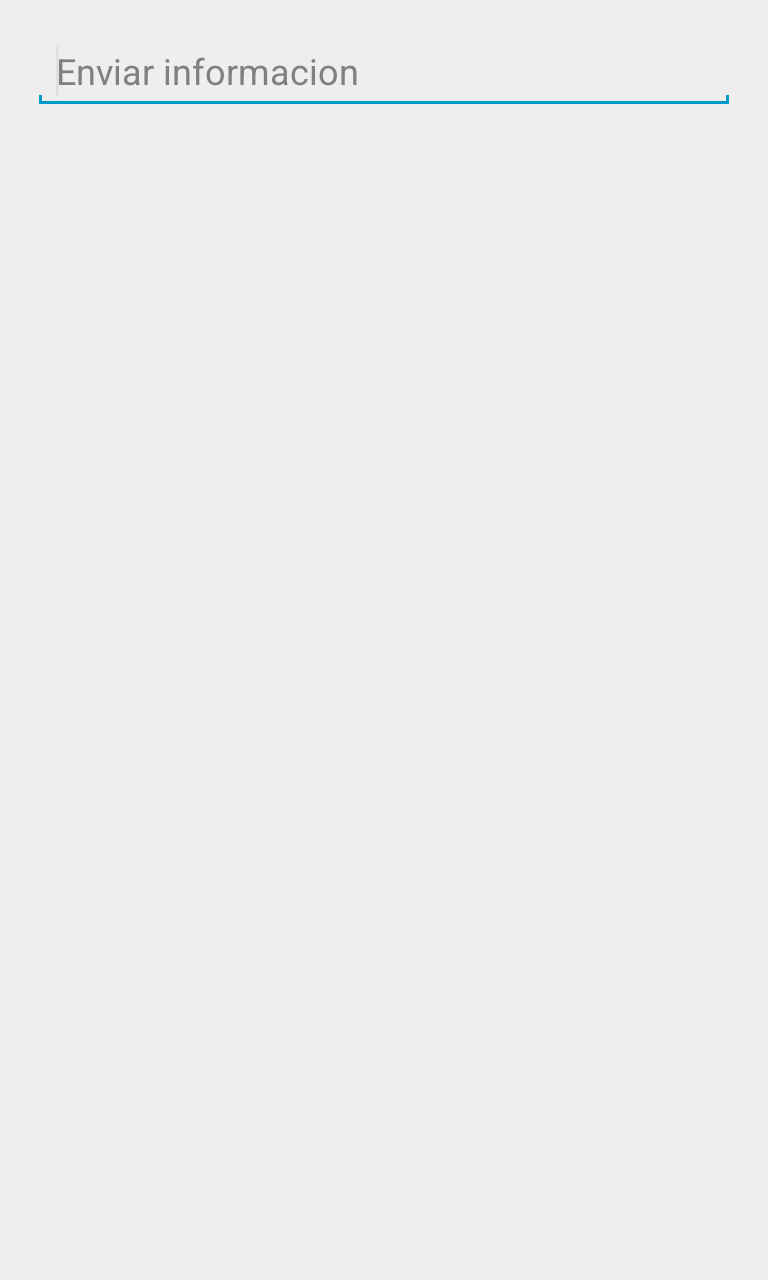
Repository: G3rcar/Android-I
Layout: Clase05IMEKeys/res/layout/activity_main.xml
The author's editor kept a copy of each file at every save. The layout is drawn from the files as they stood at one save, then again after the next save.
It is drawn on a 768 x 1280 px phone screen (xhdpi) without system bars, with theme AppTheme; the app's code is not run.

Above is the layout before, as saved 2013-11-01 13:38:31.

### Clase05IMEKeys/res/layout/activity_main.xml
<LinearLayout xmlns:android="http://schemas.android.com/apk/res/android"
    xmlns:tools="http://schemas.android.com/tools"
    android:id="@+id/LinearLayout1"
    android:layout_width="match_parent"
    android:layout_height="match_parent"
    android:background="#EEEEEE"
    android:orientation="vertical"
    android:paddingBottom="@dimen/activity_vertical_margin"
    android:paddingLeft="@dimen/activity_horizontal_margin"
    android:paddingRight="@dimen/activity_horizontal_margin"
    android:paddingTop="@dimen/activity_vertical_margin"
    tools:context=".MainActivity" >

    <LinearLayout
        android:id="@+id/lyoMainLayout"
        android:layout_width="match_parent"
        android:layout_height="wrap_content"
        android:orientation="vertical" >

        <EditText
            android:id="@+id/edtSend"
            android:layout_width="match_parent"
            android:layout_height="wrap_content"
            android:ems="10"
            android:hint="@string/hintEnviarInfo"
            android:imeOptions="actionSend"
            android:inputType="text"
            android:maxLength="2" >

            <requestFocus />
        </EditText>

        <TextView
            android:id="@+id/textPush"
            android:layout_width="wrap_content"
            android:layout_height="wrap_content"
            android:textSize="20sp" />
    </LinearLayout>

</LinearLayout>

### Clase05IMEKeys/res/values/strings.xml
<?xml version="1.0" encoding="utf-8"?>
<resources>

    <string name="app_name">Clase05 IME keys</string>
    <string name="action_settings">Settings</string>
    <string name="hello_world">Hello world!</string>
    <string name="hintEnviarInfo">Enviar informacion</string>
    <string name="title_activity_second">SecondActivity</string>
    <string name="btnPush">Enviar</string>
    <string name="btnEliminar">Eliminar</string>

</resources>

Loaded but not shown: Clase05IMEKeys/res/values/styles.xml (common file); Clase05IMEKeys/res/values-v11/styles.xml (common file); Clase05IMEKeys/res/values-v14/styles.xml (common file); Clase05IMEKeys/res/values/dimens.xml (common file)

After the next save:
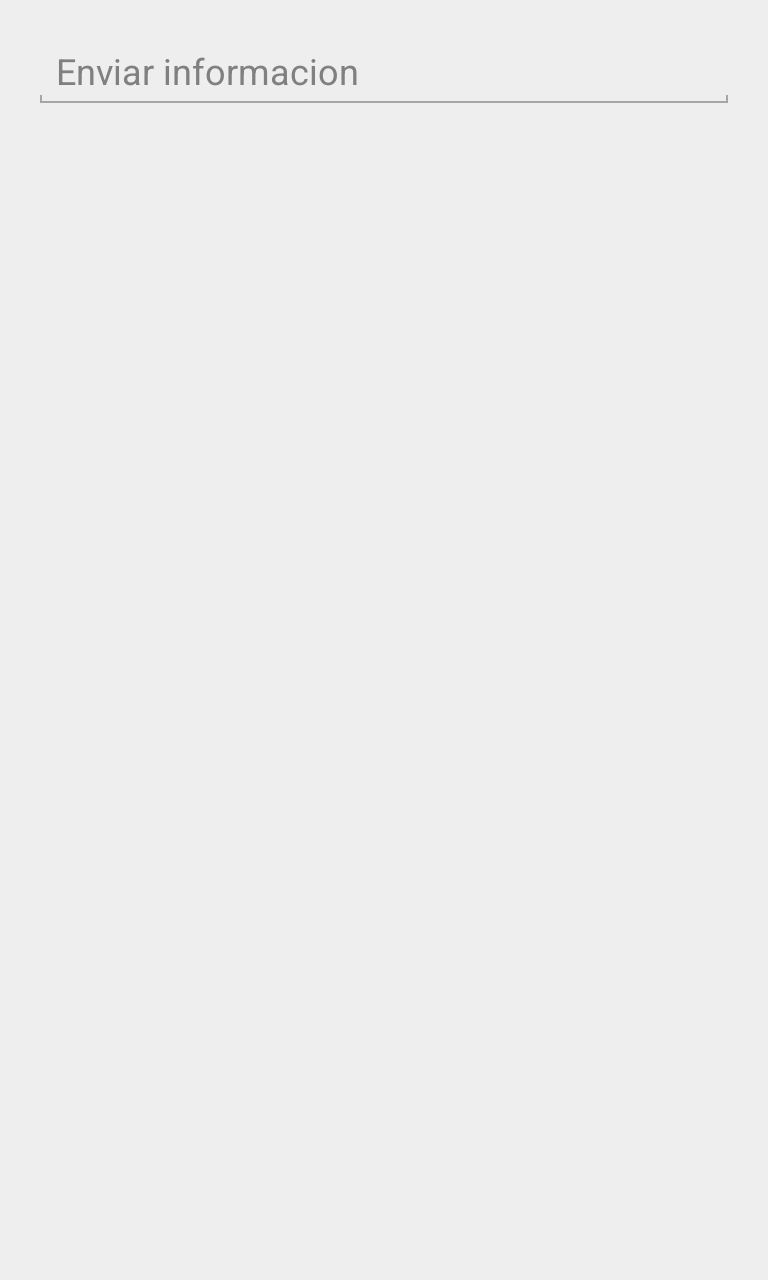
Saved 26 s later.
--- a/Clase05IMEKeys/res/layout/activity_main.xml
+++ b/Clase05IMEKeys/res/layout/activity_main.xml
@@ -11,30 +11,26 @@
     android:paddingTop="@dimen/activity_vertical_margin"
     tools:context=".MainActivity" >
 
-    <LinearLayout
+    <EditText
+        android:id="@+id/edtSend"
+        android:layout_width="match_parent"
+        android:layout_height="wrap_content"
+        android:ems="10"
+        android:hint="@string/hintEnviarInfo"
+        android:imeOptions="actionSend"
+        android:inputType="text"
+        android:maxLength="2" />
+
+    <TextView
+        android:id="@+id/textPush"
+        android:layout_width="wrap_content"
+        android:layout_height="wrap_content"
+        android:textSize="20sp" />
+
+    <ScrollView
         android:id="@+id/lyoMainLayout"
         android:layout_width="match_parent"
-        android:layout_height="wrap_content"
-        android:orientation="vertical" >
-
-        <EditText
-            android:id="@+id/edtSend"
-            android:layout_width="match_parent"
-            android:layout_height="wrap_content"
-            android:ems="10"
-            android:hint="@string/hintEnviarInfo"
-            android:imeOptions="actionSend"
-            android:inputType="text"
-            android:maxLength="2" >
-
-            <requestFocus />
-        </EditText>
-
-        <TextView
-            android:id="@+id/textPush"
-            android:layout_width="wrap_content"
-            android:layout_height="wrap_content"
-            android:textSize="20sp" />
-    </LinearLayout>
+        android:layout_height="wrap_content" >
+    </ScrollView>
 
 </LinearLayout>
